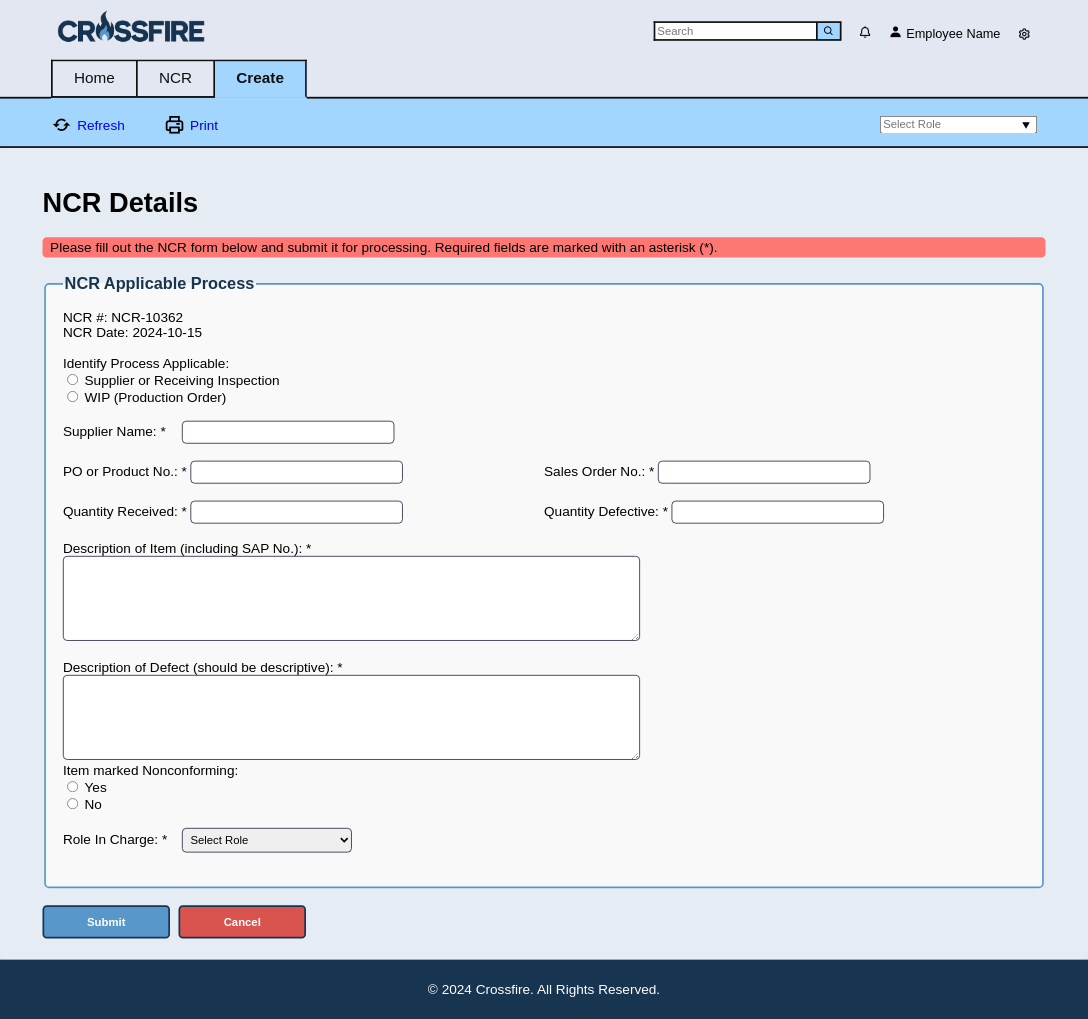
Repository: NyleNC/OSSProg1180
Page: OSS-CrossFire/create.html
The author's editor kept a copy of each file at every save. The page is drawn from the files as they stood at one save, then again after the next save.
The browser window is 1280 px wide. The pictures show the whole page, at 85% of full size.

Above is the page before, as saved 2024-11-07 19:07:40.

After the next save:
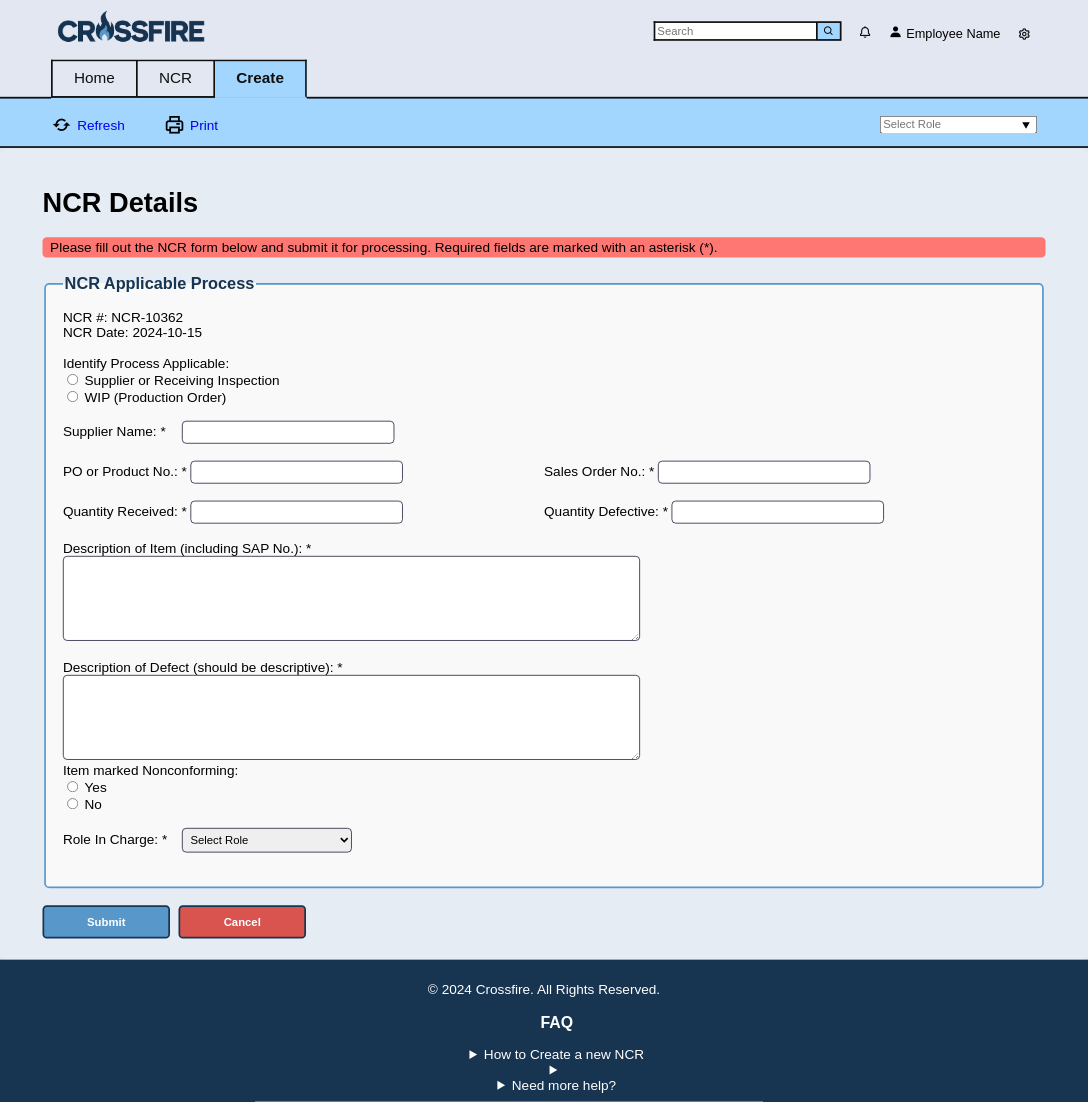
Saved 7 s later.
--- a/OSS-CrossFire/create.html
+++ b/OSS-CrossFire/create.html
@@ -177,6 +177,23 @@
 
     <footer>
         <p>&copy; 2024 Crossfire. All Rights Reserved.</p>
+        <div class="faq-container">
+            <h3>FAQ</h3>
+            <details>
+                <summary>How to Create a new NCR</summary>
+                <p>You can do so by either clicking on the Create Navigation or by pressing create new ncr when you are viewing a ncr</p>
+            </details>
+            <details>
+                <summary>
+
+                </summary>
+            </details>
+            <details>
+                <summary>Need more help?</summary>
+                <p>Contact the Management through @Management.ca or 900-999-9999</p>
+            </details>
+
+        </div>
     </footer>
 
     <script src="script-view.js"></script>
